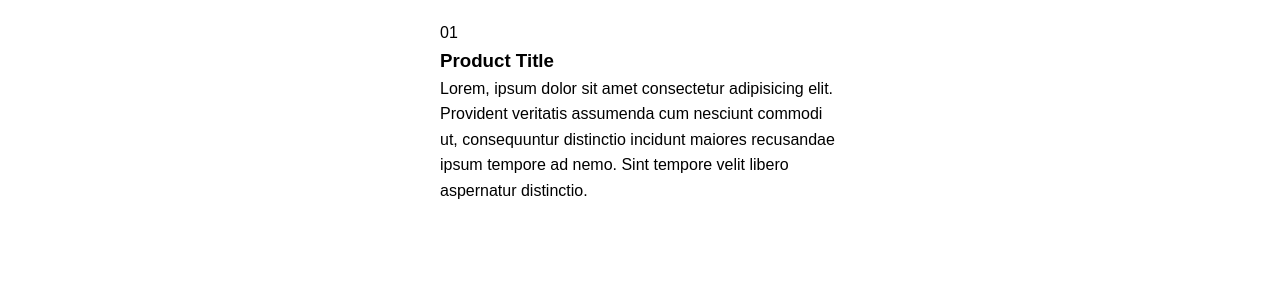
Repository: sayco/CSS-Front-End-Tutorials---Elzero
Page: 2-Fill Element Background From Other Element/index.html
An editor plug-in stored every save of this project. The page is shown before and after the next save, followed by the edit.
The browser window is 1280 px wide. The pictures show the whole page.

Above is the page before, as saved 2021-06-13 14:38:07.

### 2-Fill Element Background From Other Element/index.html
<!DOCTYPE html>
<html lang="en">
<head>
    <meta charset="UTF-8">
    <meta http-equiv="X-UA-Compatible" content="IE=edge">
    <meta name="viewport" content="width=device-width, initial-scale=1.0">
    <meta name="description" content="This page to practice Fill Element Background From Other Element">
    <title>Fill Element Background From Other Element</title>
    <link rel="stylesheet" href="style.css">
</head>
<body>
    <div class="product">
        <div class="number">01</div>
        <h3>Product Title</h3>
        <p>Lorem, ipsum dolor sit amet consectetur adipisicing elit. Provident veritatis assumenda cum nesciunt commodi ut, consequuntur distinctio incidunt maiores recusandae ipsum tempore ad nemo. Sint tempore velit libero aspernatur distinctio.</p>
    </div>


</body>
</html>

### 2-Fill Element Background From Other Element/style.css
*
{
    box-sizing: border-box;
    padding: 0;
    margin: 0;
}

body
{
    font-family: Arial, Helvetica, sans-serif;
    line-height: 1.6;
}

.product
{
    width: 400px;
    height: 300px;
    margin: 20px auto;
    padding 15px;
}

After the next save:
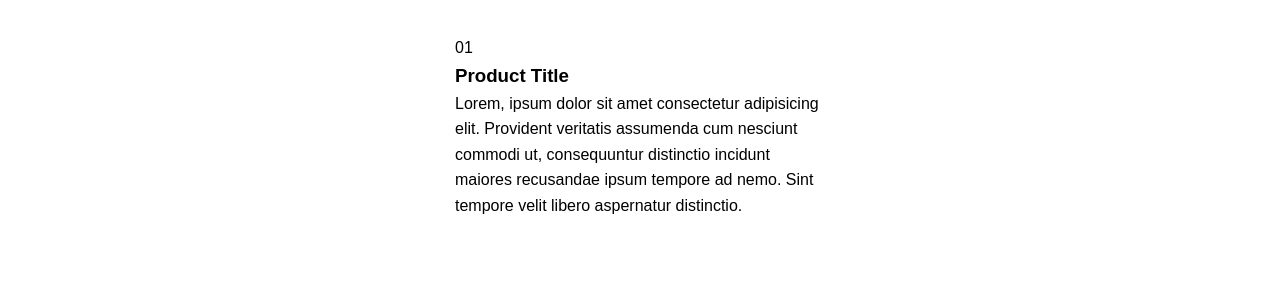
Saved 18 s later.
--- a/2-Fill Element Background From Other Element/style.css
+++ b/2-Fill Element Background From Other Element/style.css
@@ -16,5 +16,5 @@
     width: 400px;
     height: 300px;
     margin: 20px auto;
-    padding 15px;
+    padding: 15px;
 }
